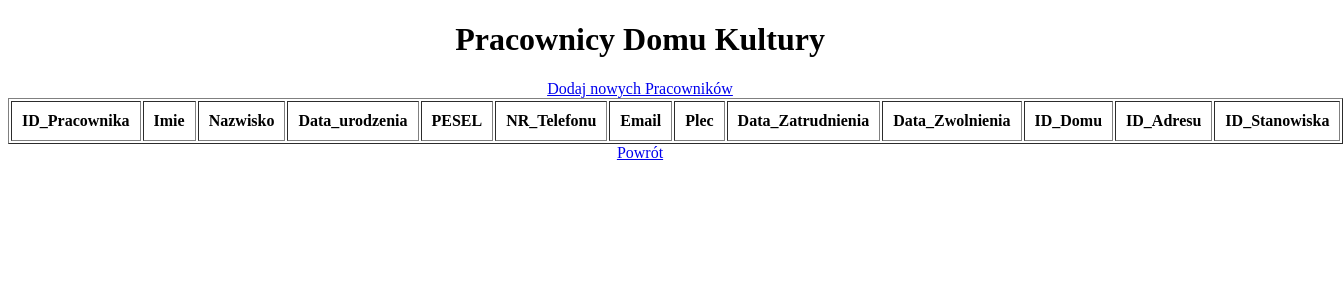
Repository: marcinRuta/houseOfCulture-crud-webapp-database
Page: http://localhost/adresy
These files come from the project's save history. The page is drawn as it stood at one moment and after the next save; the edit follows.
The browser window is 1280 px wide. The page is 1343 px wide, so the pictures cover 1343 px, including what lies to the right of the window. The pictures show the whole page.
The page is this project's Thymeleaf template; nobody is signed in. The template is opened directly, without the code that normally fills it, so the values that code supplies are empty.

Above is the page before, as saved 2020-12-29 21:59:03.

### DomKultury/src/main/resources/templates/adresy.html
<!DOCTYPE html>
<html xmlns="http://www.w3.org/1999/xhtml"
	xmlns:th="http://www.thymeleaf.org">
<head>
<meta charset="UTF-8">
<title>Aplikacja do obsługi Domu Kultury</title>
</head>
<body>

	<div align="center">
		<!--  Page header  -->
		<h1>Pracownicy Domu Kultury</h1>

		<!-- Table -->
		<table border="1" cellpadding="10">

			<!-- Entry to a new page -->
			<a href="/newP">Dodaj nowych Pracowników</a>

			<!-- Table header -->
			<thead>
				<tr>
					<th>ID_Pracownika</th>
					<th>Imie</th>
					<th>Nazwisko</th>
					<th>Data_urodzenia</th>
					<th>PESEL</th>
					<th>NR_Telefonu</th>
					<th>Email</th>
					<th>Plec</th>
					<th>Data_Zatrudnienia</th>
					<th>Data_Zwolnienia</th>
					<th>ID_Domu</th>
					<th>ID_Adresu</th>
					<th>ID_Stanowiska</th>
				</tr>
			</thead>

			<!-- Table body-->
			<tbody>
				<tr th:each="Pracownicy : ${listPracownicy}">
					<td th:text="${Pracownicy.ID_Pracownika}">ID_Pracownika</td>
					<td th:text="${Pracownicy.Imie}">Imie</td>
					<td th:text="${Pracownicy.Nazwisko}">Nazwisko</td>
					<td th:text="${Pracownicy.Data_urodzenia}">Data_urodzenia</td>
					<td th:text="${Pracownicy.PESEL}">PESEL</td>
					<td th:text="${Pracownicy.NR_Telefonu}">NR_Telefonu</td>
					<td th:text="${Pracownicy.Email}">Email</td>
					<td th:text="${Pracownicy.Plec}">Plec</td>
					<td th:text="${Pracownicy.Data_Zatrudnienia}">Data_Zatrudnienia</td>
					<td th:text="${Pracownicy.Data_Zwolnienia}">Data_Zwolnienia</td>
					<td th:text="${Pracownicy.ID_Domu}">ID_Domu</td>
					<td th:text="${Pracownicy.ID_Adresu}">ID_Adresu</td>
					<td th:text="${Pracownicy.ID_Stanowiska}">ID_Stanowiska</td>

				</tr>
			</tbody>
		</table>

		<!-- EXIT -->
		<a href="/">Powrót</a>

	</div>
</body>
</html>

After the next save:
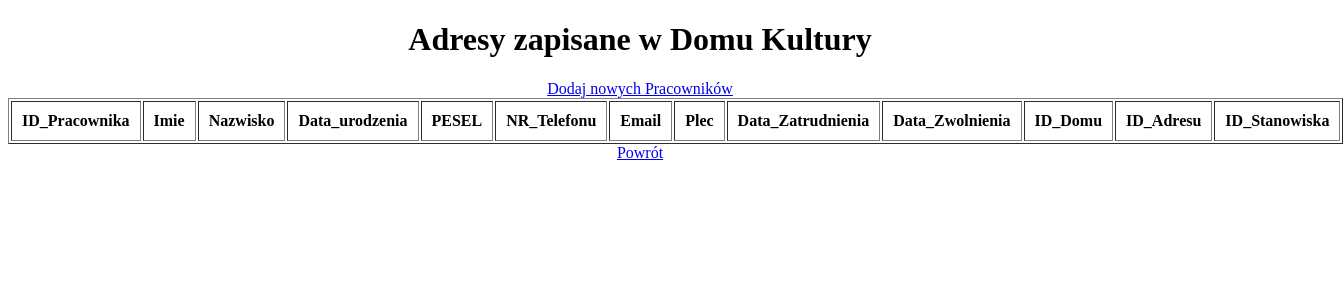
Saved 17 s later.
--- a/DomKultury/src/main/resources/templates/adresy.html
+++ b/DomKultury/src/main/resources/templates/adresy.html
@@ -9,7 +9,7 @@
 
 	<div align="center">
 		<!--  Page header  -->
-		<h1>Pracownicy Domu Kultury</h1>
+		<h1>Adresy zapisane w Domu Kultury</h1>
 
 		<!-- Table -->
 		<table border="1" cellpadding="10">
